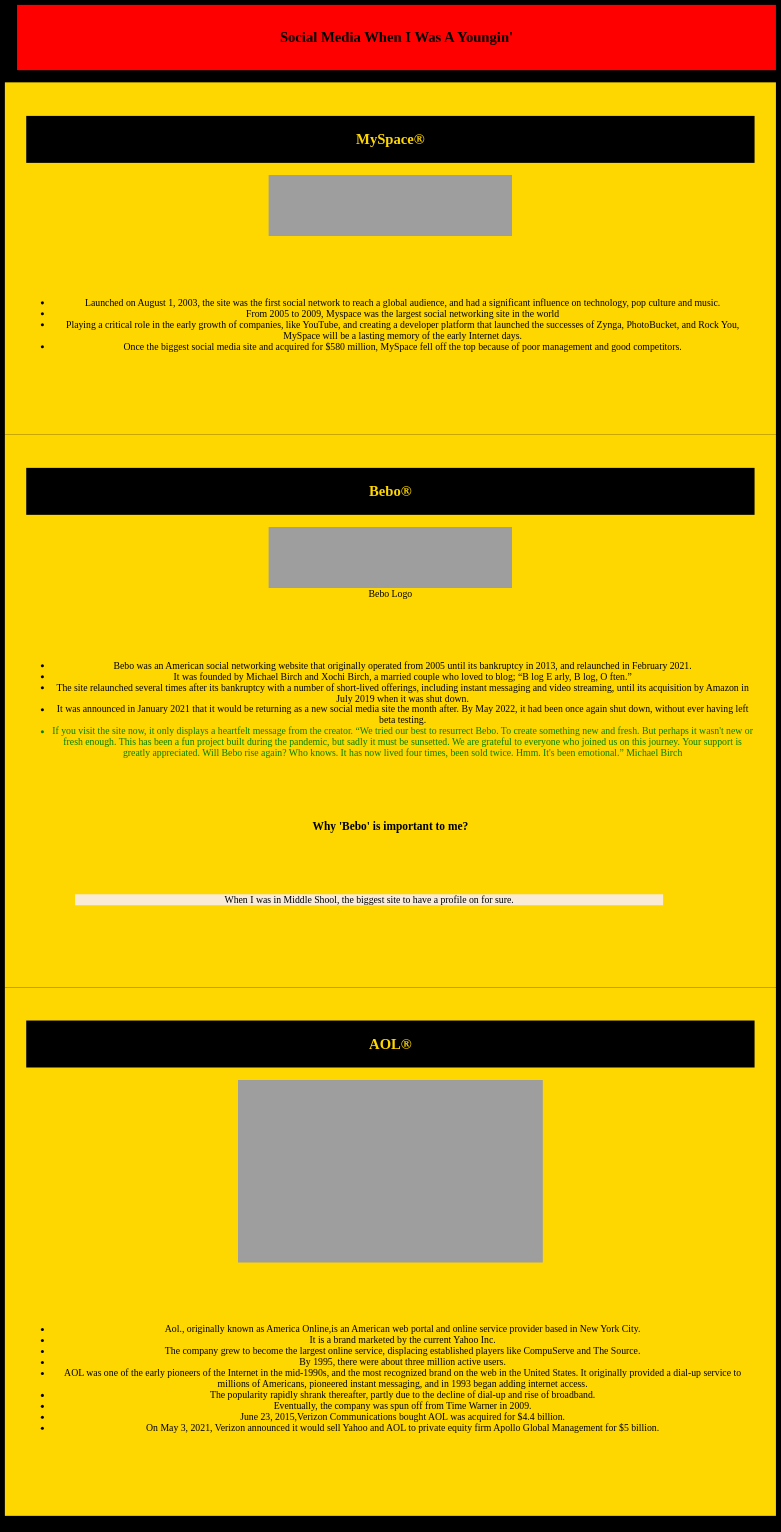
Repository: AndrewGrantt/LC101
Page: LC101/js-assignment-4-html-me-something-buffylow/index.html
These files come from the project's save history. The page is drawn as it stood at one moment and after the next save; the edit follows.
The browser window is 1280 px wide. The pictures show the whole page, at 61% of full size.
Pictures or frames that could not be fetched are drawn as grey boxes.

Above is the page before, as saved 2022-07-15 06:39:09.

### LC101/js-assignment-4-html-me-something-buffylow/index.html
<html>
<head>
<title>SOCIAL NETWORKS FOR THE AGES</title>
<link rel="stylesheet" href="styles.css">
</head>
<body>

<article class="all-sites">
   <h1 id="mainHeader">Social Media When I Was A Youngin'</h1>
  <article class="sites">

    <h2 id="headcolor">MySpace&reg;</h2>
    <img src="/images/MySpace_logo.jpg" alt="MySpace Logo 2004-2010" width="400" height="100">
    <p>
     <ul>
      <li>Launched on August 1, 2003, the site was the first social network to reach a global audience, and had a significant influence on technology, pop culture and music.</li>

      <li>From 2005 to 2009, Myspace was the largest social networking site in the world</li>

      <li>Playing a critical role in the early growth of companies, like YouTube, and creating a developer platform that launched the successes of Zynga, PhotoBucket, and Rock You, MySpace will be a lasting memory of the early Internet days. </li>

      <li> Once the biggest social media site and acquired for $580 million, MySpace fell off the top because of poor management and good competitors. </li>
     </ul>
   </p>

  </article>

  <article class="sites">
    <h2 id="headcolor">Bebo&reg;</h2>
    <figure>
      <img src="/images/bebo.jpg" alt="Bebo Logo" width="400" height="100">
      <figcaption>Bebo Logo</a></figcaption>
   </figure>
    <p>
    <ul>
      <li>Bebo was an American social networking website that originally operated from 2005 until its bankruptcy in 2013, and relaunched in February 2021.</li>
          <li>It was founded by Michael Birch and Xochi Birch, a married couple who loved to blog;
          “B log E arly, B log, O ften.” </li>
      <li>The site relaunched several times after its bankruptcy with a number of short-lived offerings, including instant messaging and video streaming, until its acquisition by Amazon in July 2019 when it was shut down. </li>
      <li>It was announced in January 2021 that it would be returning as a new social media site the month after. By May 2022, it had been once again shut down, without ever having left beta testing. </li>
     <li id="testP"> If you visit the site now, it only displays a heartfelt message from the creator.


      “We tried our best to resurrect Bebo.
      To create something new and fresh.
      But perhaps it wasn't new or fresh enough.
      This has been a fun project built during the pandemic, but sadly it must be sunsetted. We are grateful to everyone who joined us on this journey. Your support is greatly appreciated.
      Will Bebo rise again?
      Who knows. It has now lived four times, been sold twice. Hmm.
      It's been emotional.”

      Michael Birch</li>
   </ul>
   </p>
      <h3> Why 'Bebo' is important to me?</h3>
      <p>
         When I was in Middle Shool, the biggest site to have a profile on for sure.
      </p>
  </article>
  <article class="sites">
    <h2 id="headcolor">AOL&reg;</h2>
    <img src="/images/AOL.jpg" alt="AOL Logo" width="500" height="300">
    <p>
      <ul>
      <li>Aol., originally known as America Online,is an American web portal and online service provider based in New York City.</li>
      <li>It is a brand marketed by the current Yahoo Inc.</li>
      <li>The company grew to become the largest online service, displacing established players like CompuServe and The Source. </li>
      <li>By 1995, there were about three million active users.</li>
      <li>AOL was one of the early pioneers of the Internet in the mid-1990s, and the most recognized brand on the web in the United States. It originally provided a dial-up service to millions of Americans, pioneered instant messaging, and in 1993 began adding internet access.</li>
       <li>The popularity rapidly shrank thereafter, partly due to the decline of dial-up and rise of broadband.</li>
      <li>Eventually, the company was spun off from Time Warner in 2009.</li>
      <li>June 23, 2015,Verizon Communications bought AOL was acquired for $4.4 billion.</li>
      <li>On May 3, 2021, Verizon announced it would sell Yahoo and AOL to private equity firm Apollo Global Management for $5 billion.</li>
      </ul>
      </p>
  </article>
</article>
<footer>
   I CAN'T FORGET ABOUT THE SITES THAT MADE US

  --- &copy; Andrew 'BuffyLow' Grant---
</footer>
</body>
</html>

### LC101/js-assignment-4-html-me-something-buffylow/styles.css

body {
    background-color: black;
  }

  h1 {
    color: blueviolet;
    margin-left: 20px;
  }

    .sites {
    color: black;
    text-align: center;
    padding: 35px;
    background-color: gold;
  }
  p {
    margin-top: 100px;
    margin-bottom: 100px;
    margin-right: 150px;
    margin-left: 80px;
background-color: antiquewhite;
  }
  #mainHeader {
    background-color: red;
    color: black;
    padding: 40px;
    text-align: center;}

    #testP{
        color:green;
        text-align:center;
    }
    #headcolor{
        color:gold;
        padding: 25px;
        background-color: black;

    }

After the next save:
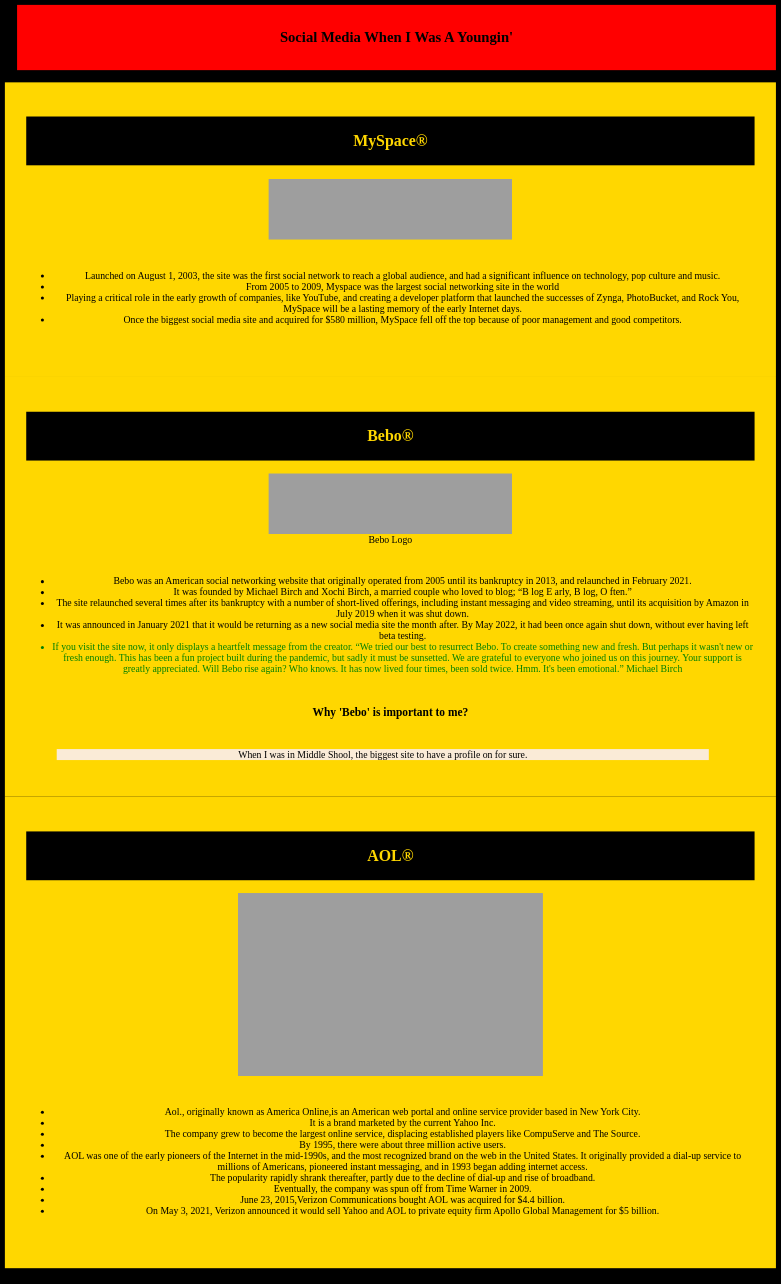
Saved 2 min 22 s later.
--- a/LC101/js-assignment-4-html-me-something-buffylow/styles.css
+++ b/LC101/js-assignment-4-html-me-something-buffylow/styles.css
@@ -15,10 +15,10 @@
     background-color: gold;
   }
   p {
-    margin-top: 100px;
-    margin-bottom: 100px;
-    margin-right: 150px;
-    margin-left: 80px;
+    margin-top: 50px;
+    margin-bottom: 25px;
+    margin-right: 75px;
+    margin-left: 50px;
 background-color: antiquewhite;
   }
   #mainHeader {
@@ -35,5 +35,6 @@
         color:gold;
         padding: 25px;
         background-color: black;
+        font-size: 26px;
 
     }
